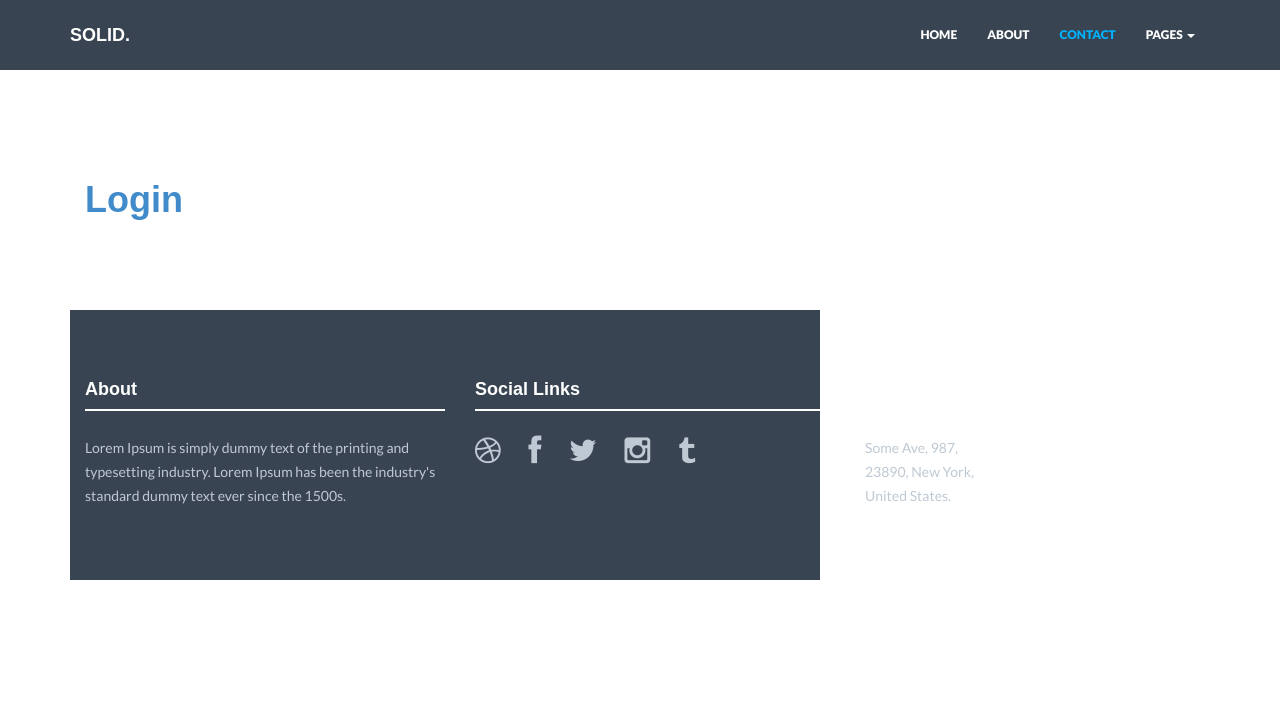
Repository: RedOx98/eclipse-workspace
Page: http://localhost/Sessions/
The author's editor kept a copy of each file at every save. The page is drawn from the files as they stood at one save, then again after the next save.
The browser window is 1280 px wide. The pictures show the whole page.
Some web fonts or font styles are not loaded; a fallback is used. Some web libraries are served in a nearby version. The page is served by Tomcat 10.

Above is the page before, as saved 2024-05-23 10:20:18.

After the next save:
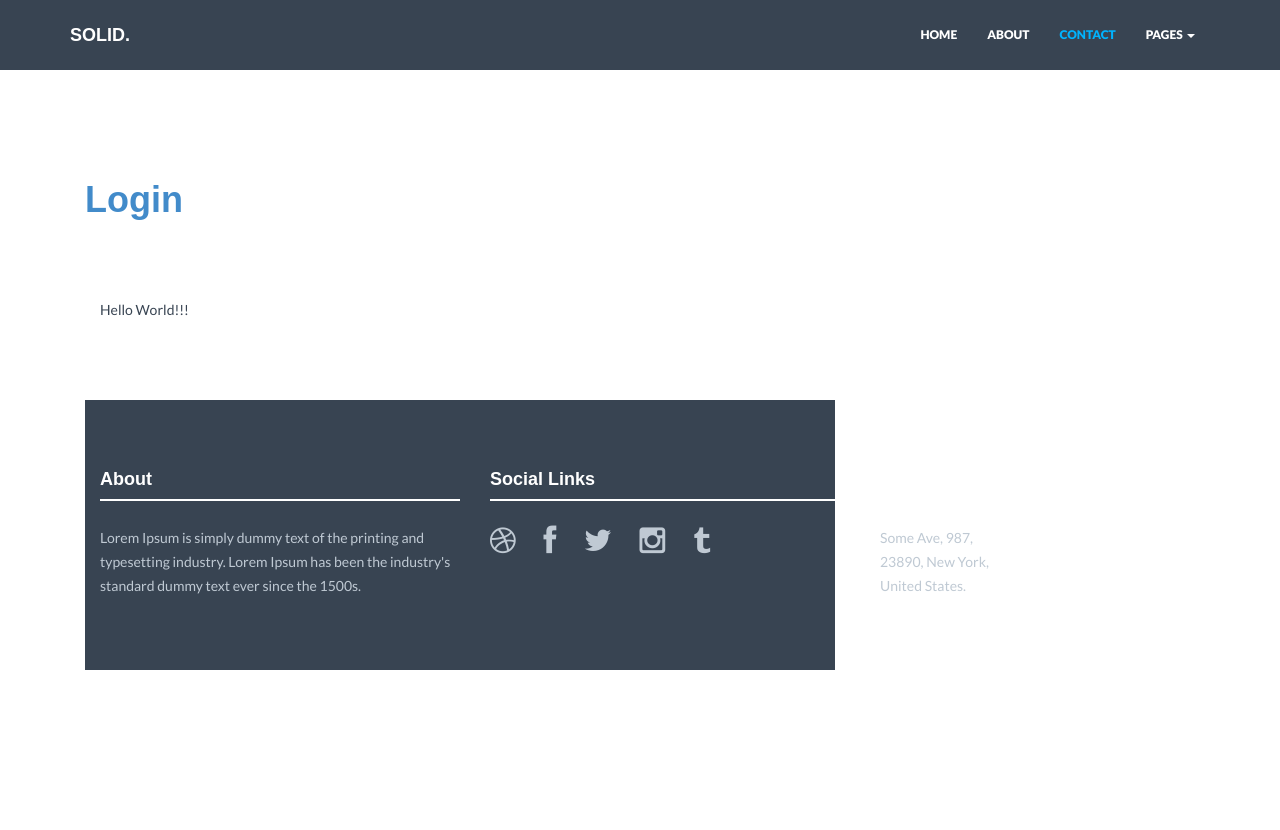
Saved 6 min 4 s later.
--- a/Sessions/src/main/webapp/index.jsp
+++ b/Sessions/src/main/webapp/index.jsp
@@ -10,4 +10,4 @@
 
 
 
-<jsp:include page="include/footer.jsp"/>
+<jsp:include page="include/demo.jsp"/>

After the save that followed:
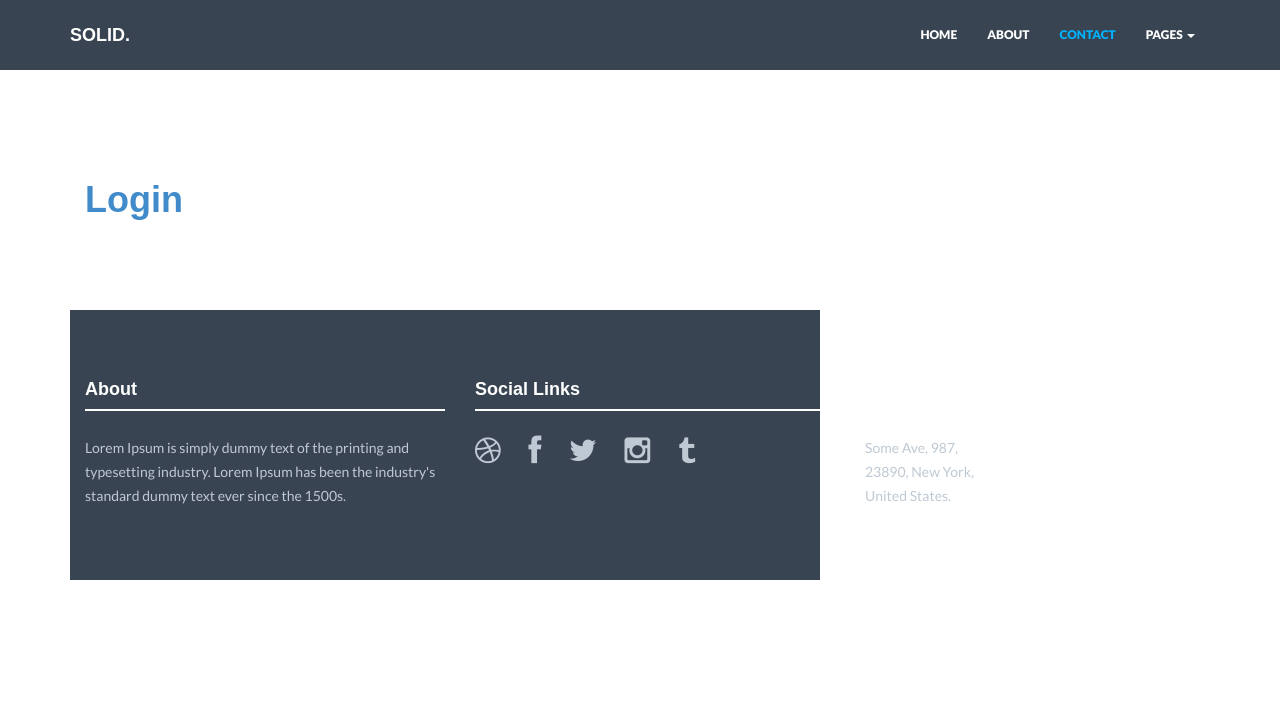
Saved 76 s later.
--- a/Sessions/src/main/webapp/index.jsp
+++ b/Sessions/src/main/webapp/index.jsp
@@ -10,4 +10,4 @@
 
 
 
-<jsp:include page="include/demo.jsp"/>
+<jsp:include page="include/footer.jsp"/>
